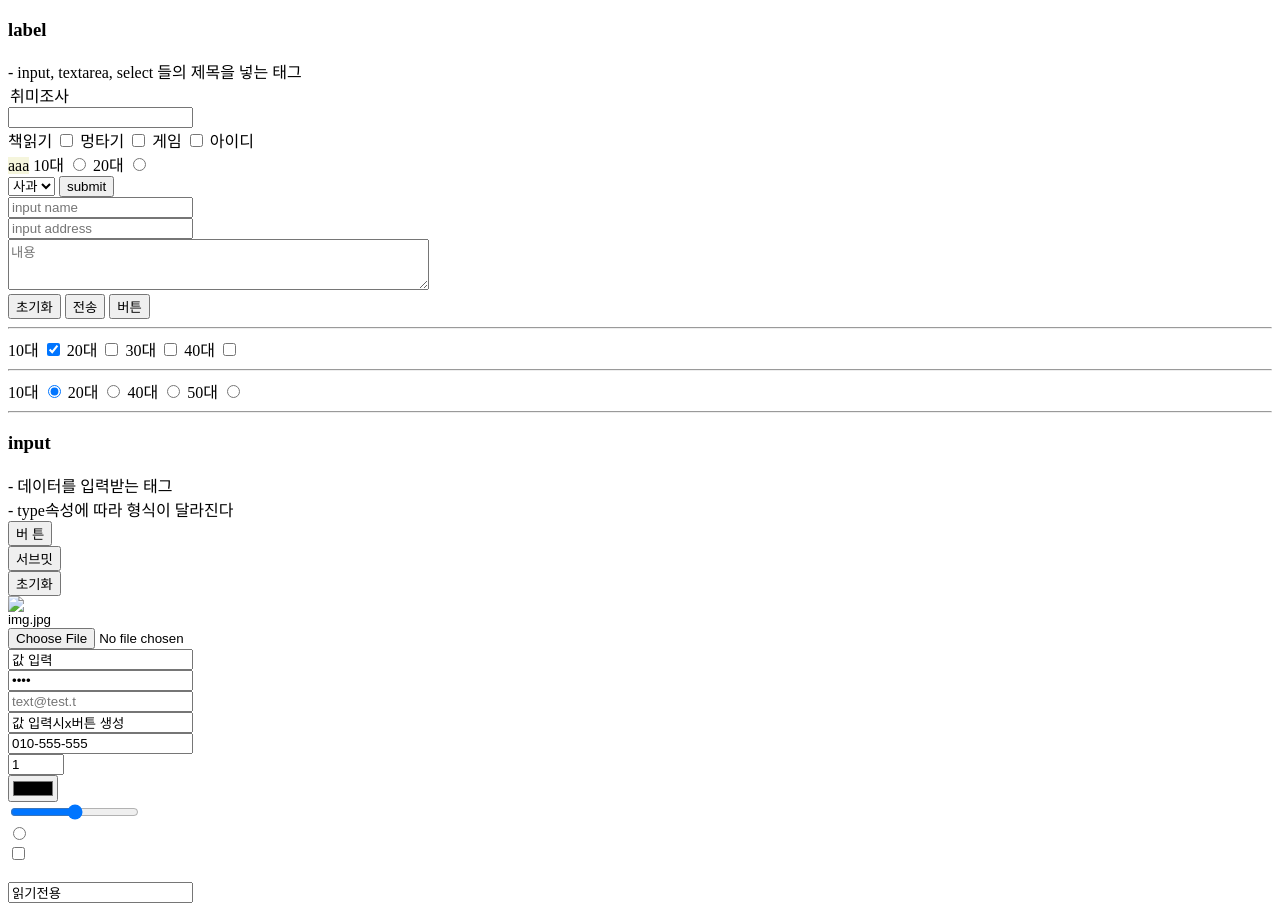
Repository: cleangggg/front
Page: html/ex09.html
These files come from the project's save history. The page is drawn as it stood at one moment and after the next save; the edit follows.
The browser window is 1280 px wide. The pictures show the whole page.

Above is the page before, as saved 2023-05-23 04:01:04.

### html/ex09.html
<!DOCTYPE html>
<html>
<head>
<meta charset="UTF-8">
<title>Insert title here</title>
</head>
<body>
<h3>label</h3>
- input, textarea, select 들의 제목을 넣는 태그
<form action="">
	<fieldslet>
	<legend>취미조사</legend>
	<input id="id"><br>
	<label for="h1">책읽기</label>
	<input type="checkbox" id="h1">
	<label>멍타기</label>
	<input type="checkbox">
	<label>게임</label>
	<input type="checkbox">
	<label for ="id">아이디</label>
	</fieldslet>


</form>
	<form method="get">
		<label style="background: beige;">aaa</label>
		10대 <input type="radio" value="10" name="age">
		20대 <input type="radio" value="20" name="age">
		<br>
		<select size="1" name="test">
			<option value="apple">사과
			<option>수박
			<option>딸기
		</select>
		<input type="submit" value="submit">
	</form>



<form action="ex06.html">
	<input type="text" name="name" placeholder="input name"><br>
	<input type="text" name="addr" placeholder="input address"><br>
	<textarea rows = "3" name="con" cols = "50" placeholder="내용"></textarea><br>
	<input type="reset" value="초기화">
	<input type="submit" value="전송">
	<input type="button" value="버튼">
</form>

<hr>
	10대 <input type="checkbox" name="age" checked="checked">
	20대 <input type="checkbox" name="age" >
	30대 <input type="checkbox" name="age" >
	40대 <input type="checkbox" name="age" >


<hr>
	10대 <input type="radio" name="age" checked="checked">
	20대 <input type="radio" name="age" >
	40대 <input type="radio" name="age11" >
	50대 <input type="radio" name="age11" >

<hr>
	<h3>input</h3>
	- 데이터를 입력받는 태그<br>
	- type속성에 따라 형식이 달라진다<br>
	<input type="button" value="버 튼"><br>
	<input type="submit" value="서브밋"><br>
	<input type="reset" value="초기화"><br>
	<input type="image" value="img.jpg" width="50"><br>
	<input type="file"><br>

	<input type="text" value="값 입력"><br>
	<input type="password" value="비밀번호"><br>
	<input type="email" placeholder="text@test.t"><br>
	<input type="search" value="값 입력시x버튼 생성"><br>
	<input type="tel" value="010-555-555"><br>
	<input type="number" min="1" max="10" value="1"><br>

	<input type="color"><br>
	<input type="range"><br>
	<input type="radio"><br>
	<input type="checkbox"><br>
	<input type="hidden" value="값을 숨김"><br>
	<input type="text" value="읽기전용" readonly="readonly"><br>

</body>
</html>

After the next save:
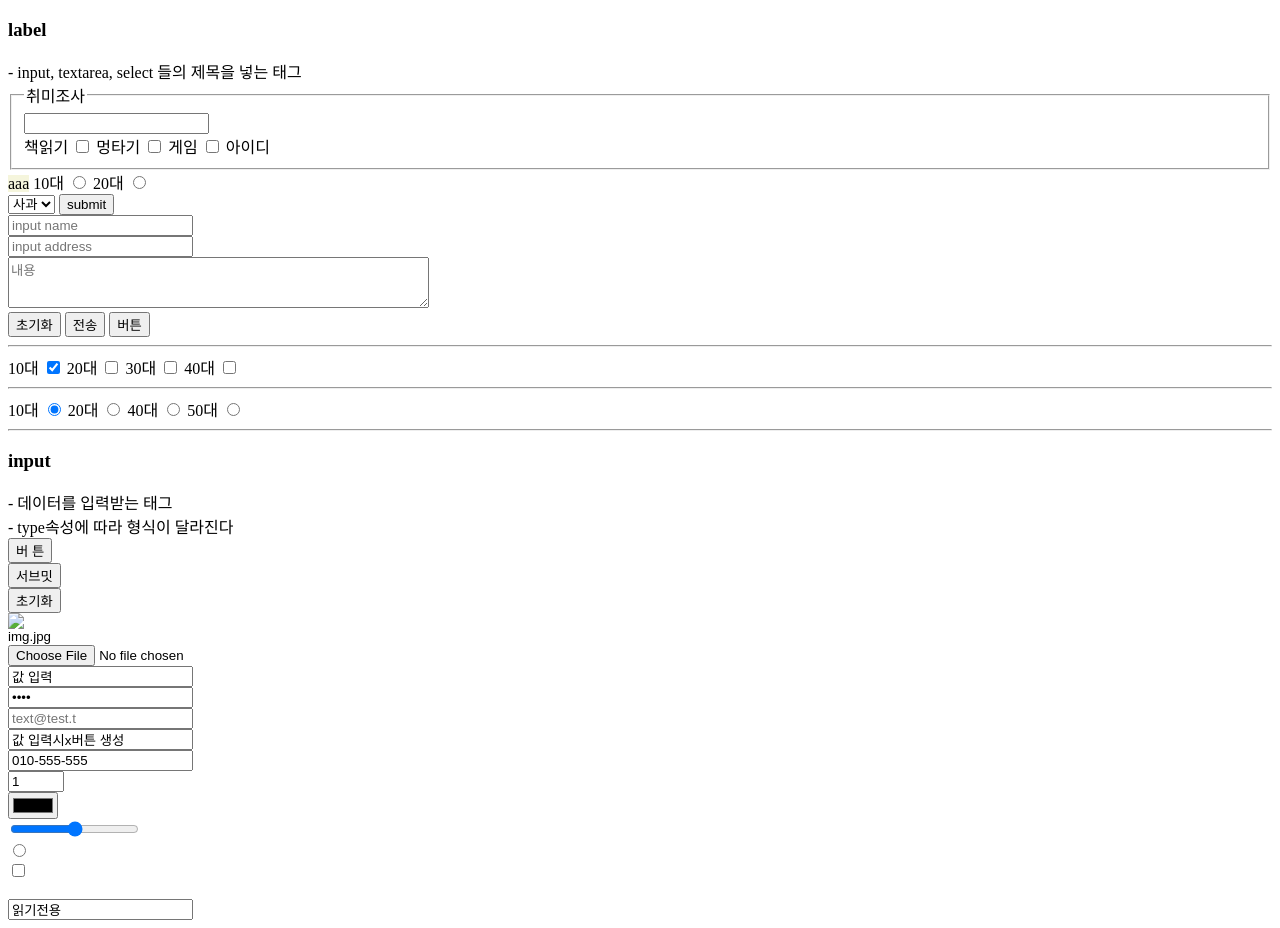
Saved 14 s later.
--- a/html/ex09.html
+++ b/html/ex09.html
@@ -8,7 +8,7 @@
 <h3>label</h3>
 - input, textarea, select 들의 제목을 넣는 태그
 <form action="">
-	<fieldslet>
+	<fieldset>
 	<legend>취미조사</legend>
 	<input id="id"><br>
 	<label for="h1">책읽기</label>
@@ -18,7 +18,7 @@
 	<label>게임</label>
 	<input type="checkbox">
 	<label for ="id">아이디</label>
-	</fieldslet>
+	</fieldset>
 
 
 </form>
